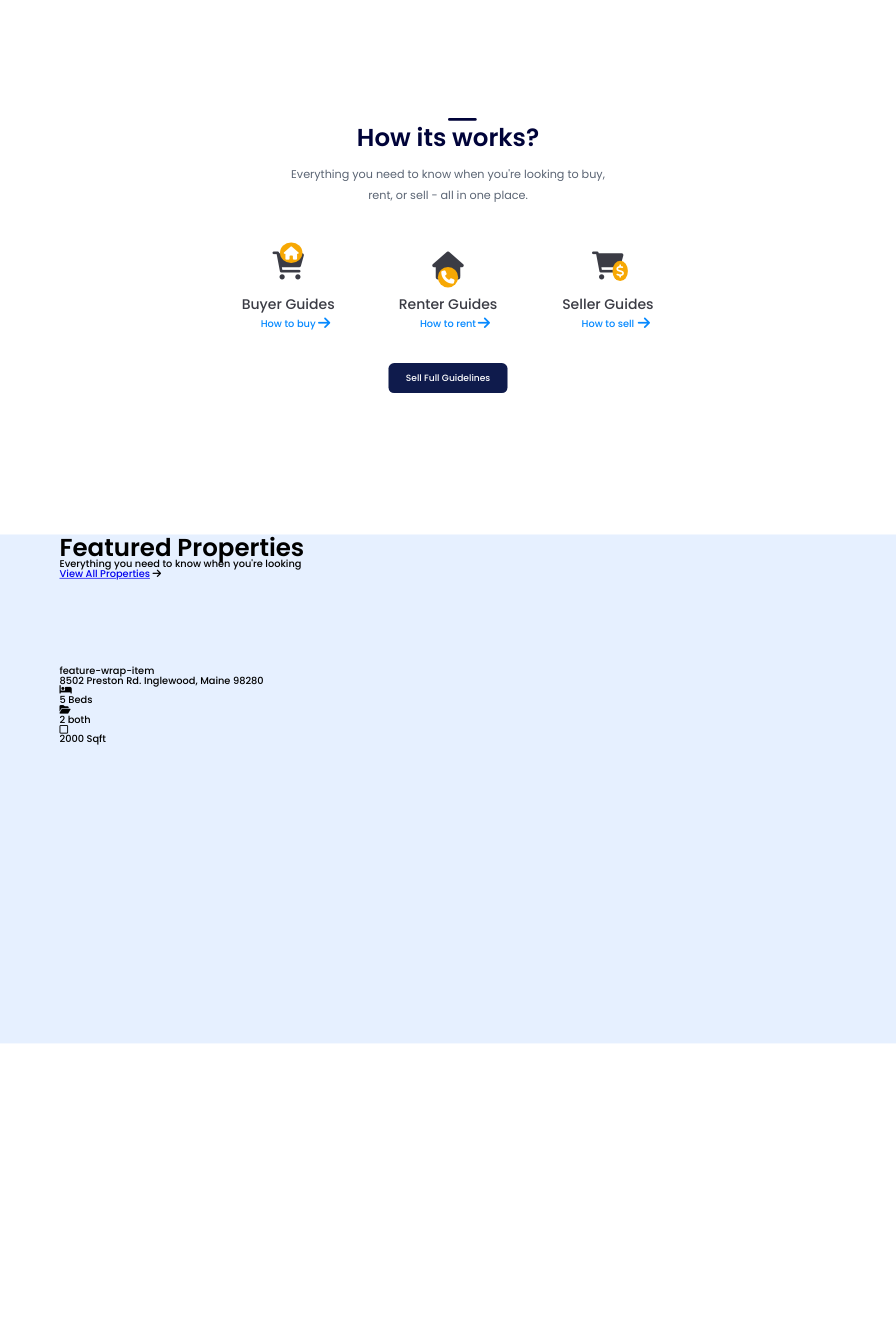
Repository: kauittt/f8-htmlcss-01
Page: index.html
The author's editor kept a copy of each file at every save. The page is drawn from the files as they stood at one save, then again after the next save.
The browser window is 1280 px wide. The pictures show the part of the page from y = 991 to 2911 px (the page is 2911 px tall), at 70% of full size.

Above is the page before, as saved 2023-01-01 10:32:17.

### index.html
<!DOCTYPE html>
<html lang="en">
    <head>
        <meta charset="UTF-8" />
        <meta http-equiv="X-UA-Compatible" content="IE=edge" />
        <meta name="viewport" content="width=device-width, initial-scale=1.0" />
        <title>F8-PROJECT-01</title>
        <link rel="preconnect" href="https://cdnjs.cloudflare.com" />
        <link
            rel="stylesheet"
            href="https://cdnjs.cloudflare.com/ajax/libs/font-awesome/6.2.1/css/all.min.css"
        />
        <link rel="stylesheet" href="./assets/css/reset.css" />
        <link rel="stylesheet" href="./assets/fonts/stylesheet.css" />
        <link rel="stylesheet" href="./assets/css/styles.css" />
    </head>
    <body>
        <header id="header" class="colored">
            <div class="content">
                <div class="header-nav">
                    <p class="logo">Bensnik.</p>
                    <ul class="header-nav-list">
                        <li class="header-nav-list__item">Home</li>
                        <li class="header-nav-list__item">Features</li>
                        <li class="header-nav-list__item">Services</li>
                        <li class="header-nav-list__item">Resources</li>
                        <li class="header-nav-list__item">Contact</li>
                    </ul>

                    <div class="header-nav-account">
                        <p class="header-nav-account__general">Sign in</p>
                        <p class="header-nav-account__general btn">Sign up</p>
                    </div>
                </div>

                <div class="header-about">
                    <p class="header-about__welcome">
                        Welcome to Bensnik Agency
                    </p>
                    <h1 class="header-about__heading">
                        Discover a place you'll love to live
                    </h1>
                    <p class="header-about__desc">
                        Get the best real estate deals first, before they hit
                        the mass market! hot foreclosure deals with one simple
                        search
                    </p>
                    <p class="header-about__link btn">More About Us</p>
                </div>
            </div>
        </header>

        <div id="client">
            <div class="content">
                <div class="client-infor">
                    <p class="logo">Bensnik.</p>
                    <div class="client-infor-wrap">
                        <i class="fa-solid fa-star client-infor-wrap__item"></i>
                        <i class="fa-solid fa-star client-infor-wrap__item"></i>
                        <i class="fa-solid fa-star client-infor-wrap__item"></i>
                        <i class="fa-solid fa-star client-infor-wrap__item"></i>
                        <i class="fa-solid fa-star client-infor-wrap__item"></i>
                    </div>
                </div>
                <div class="client-infor">
                    <p class="client-infor__text">
                        More than 45,000+ companies trust besnik
                    </p>
                    <p class="client-infor__text">
                        5 Star Ratings (2k+ Review)
                    </p>
                </div>

                <div class="client-logo">
                    <img src="" alt="" />
                </div>
            </div>
        </div>

        <div id="desc">
            <div class="small-content desc-wrap">
                <div class="desc-heading">
                    <h2 class="desc-heading__title">How its works?</h2>
                    <p class="desc-heading__text">
                        Everything you need to know when you're looking to buy,
                        rent, or sell - all in one place.
                    </p>
                </div>

                <div class="desc-guide">
                    <div class="desc-guide-item">
                        <i
                            class="desc-guide-item__icon fa-solid fa-cart-shopping"
                        >
                        </i>
                        <i
                            class="desc-guide-item__childIcon desc-guide-item__childIcon--topCenter fa-solid fa-house"
                        ></i>
                        <p class="desc-guide-item__name">Buyer Guides</p>
                        <p class="desc-guide-item__instruc">
                            How to buy
                            <i
                                class="desc-guide-item__instruc__icon fa-solid fa-arrow-right"
                            ></i>
                        </p>
                    </div>
                    <div class="desc-guide-item">
                        <i
                            class="desc-guide-item__icon fa-solid fa-house"
                        ></i>
                        <i class="desc-guide-item__childIcon desc-guide-item__childIcon--bottomCenter fa-solid fa-phone"></i>
                        </i>
                        <p class="desc-guide-item__name">Renter Guides</p>
                        <p class="desc-guide-item__instruc">
                            How to rent
                            <i
                                class="desc-guide-item__instruc__icon fa-solid fa-arrow-right"
                            ></i>
                        </p>
                    </div>
                    <div class="desc-guide-item">
                        <i
                            class="desc-guide-item__icon fa-solid fa-cart-shopping"
                        >
                        </i>
                        <i class="desc-guide-item__childIcon item__childIcon--bottomRight fa-solid fa-dollar-sign"></i>

                        <p class="desc-guide-item__name">Seller Guides</p>
                        <p class="desc-guide-item__instruc">
                            How to sell
                            <i
                                class="desc-guide-item__instruc__icon fa-solid fa-arrow-right"
                            ></i>
                        </p>
                    </div>
                </div>

                <p class="desc__link btn">Sell Full Guidelines</p>
            </div>
        </div>

        <div id="feature" class="colored">
            <div class="content">
                <h2 class="feature__heading">Featured Properties</h2>

                <div class="feature-more">
                    <p class="feature-more__desc">
                        Everything you need to know when you're looking
                    </p>

                    <a href="#!" class="feature-more__link">View All Properties</a>
                    <i
                        class="fa-solid fa-arrow-right"
                    ></i>
                </div>

                <div class="feature-wrap">
                    <div class="feature-wrap-item">
                        <img src="" alt="" class="feature-wrap-item__img">
                        <p class="feature-wrap-item__title">feature-wrap-item</p>
                        <p class="feature-wrap-item__text">8502 Preston Rd. Inglewood, Maine 98280</p>
                        <div class="feature-wrap-item-desc">
                            <i class="feature-wrap-item-desc__icon fa-solid fa-bed"></i>
                            <p class="feature-wrap-item-desc__text">5 Beds</p>

                            <i class="feature-wrap-item-desc__icon fa-solid fa-folder-open"></i>
                            <p class="feature-wrap-item-desc__text">2 both</p>

                            <i class="feature-wrap-item-desc__icon fa-regular fa-square"></i>
                            <p class="feature-wrap-item-desc__text">2000 Sqft</p>
                        </div>
                    </div>
                </div>
            </div>


        </div>

        <div id="news">
            <div class="content"></div>
        </div>

        <footer id="footer">
            <div class="content">
                <div class="nav"></div>
            </div>
        </footer>

        <script src="./assets/js/basic.js"></script>
    </body>
</html>

### assets/css/reset.css
html,
body,
div,
span,
applet,
object,
iframe,
h1,
h2,
h3,
h4,
h5,
h6,
p,
blockquote,
pre,
a,
abbr,
acronym,
address,
big,
cite,
code,
del,
dfn,
em,
img,
ins,
kbd,
q,
s,
samp,
small,
strike,
strong,
sub,
sup,
tt,
var,
b,
u,
i,
center,
dl,
dt,
dd,
ol,
ul,
li,
fieldset,
form,
label,
legend,
table,
caption,
tbody,
tfoot,
thead,
tr,
th,
td,
article,
aside,
canvas,
details,
embed,
figure,
figcaption,
footer,
header,
hgroup,
menu,
nav,
output,
ruby,
section,
summary,
time,
mark,
audio,
video {
    margin: 0;
    padding: 0;
    border: 0;
    font-size: 100%;
    font: inherit;
    vertical-align: baseline;
}
article,
aside,
details,
figcaption,
figure,
footer,
header,
hgroup,
menu,
nav,
section {
    display: block;
}
body {
    line-height: 1;
}
ol,
ul {
    list-style: none;
}
blockquote,
q {
    quotes: none;
}
blockquote:before,
blockquote:after,
q:before,
q:after {
    content: "";
    content: none;
}
table {
    border-collapse: collapse;
    border-spacing: 0;
}

### assets/fonts/stylesheet.css
@font-face {
    font-family: "Poppins";
    src: url("Poppins/Poppins-Bold.woff2") format("woff2"),
        url("Poppins/Poppins-Bold.woff") format("woff");
    font-weight: bold;
    font-style: normal;
    font-display: swap;
}

@font-face {
    font-family: "Poppins";
    src: url("Poppins/Poppins-Black.woff2") format("woff2"),
        url("Poppins/Poppins-Black.woff") format("woff");
    font-weight: 900;
    font-style: normal;
    font-display: swap;
}

@font-face {
    font-family: "Poppins";
    src: url("Poppins/Poppins-BlackItalic.woff2") format("woff2"),
        url("Poppins/Poppins-BlackItalic.woff") format("woff");
    font-weight: 900;
    font-style: italic;
    font-display: swap;
}

@font-face {
    font-family: "Poppins";
    src: url("Poppins/Poppins-BoldItalic.woff2") format("woff2"),
        url("Poppins/Poppins-BoldItalic.woff") format("woff");
    font-weight: bold;
    font-style: italic;
    font-display: swap;
}

@font-face {
    font-family: "Poppins";
    src: url("Poppins/Poppins-ExtraBold.woff2") format("woff2"),
        url("Poppins/Poppins-ExtraBold.woff") format("woff");
    font-weight: bold;
    font-style: normal;
    font-display: swap;
}

@font-face {
    font-family: "Poppins";
    src: url("Poppins/Poppins-ExtraBoldItalic.woff2") format("woff2"),
        url("Poppins/Poppins-ExtraBoldItalic.woff") format("woff");
    font-weight: bold;
    font-style: italic;
    font-display: swap;
}

@font-face {
    font-family: "Poppins";
    src: url("Poppins/Poppins-ExtraLight.woff2") format("woff2"),
        url("Poppins/Poppins-ExtraLight.woff") format("woff");
    font-weight: 200;
    font-style: normal;
    font-display: swap;
}

@font-face {
    font-family: "Poppins";
    src: url("Poppins/Poppins-ExtraLightItalic.woff2") format("woff2"),
        url("Poppins/Poppins-ExtraLightItalic.woff") format("woff");
    font-weight: 200;
    font-style: italic;
    font-display: swap;
}

@font-face {
    font-family: "Poppins";
    src: url("Poppins/Poppins-Italic.woff2") format("woff2"),
        url("Poppins/Poppins-Italic.woff") format("woff");
    font-weight: normal;
    font-style: italic;
    font-display: swap;
}

@font-face {
    font-family: "Poppins";
    src: url("Poppins/Poppins-Light.woff2") format("woff2"),
        url("Poppins/Poppins-Light.woff") format("woff");
    font-weight: 300;
    font-style: normal;
    font-display: swap;
}

@font-face {
    font-family: "Poppins";
    src: url("Poppins/Poppins-LightItalic.woff2") format("woff2"),
        url("Poppins/Poppins-LightItalic.woff") format("woff");
    font-weight: 300;
    font-style: italic;
    font-display: swap;
}

@font-face {
    font-family: "Poppins";
    src: url("Poppins/Poppins-Medium.woff2") format("woff2"),
        url("Poppins/Poppins-Medium.woff") format("woff");
    font-weight: 500;
    font-style: normal;
    font-display: swap;
}

@font-face {
    font-family: "Poppins";
    src: url("Poppins/Poppins-MediumItalic.woff2") format("woff2"),
        url("Poppins/Poppins-MediumItalic.woff") format("woff");
    font-weight: 500;
    font-style: italic;
    font-display: swap;
}

@font-face {
    font-family: "Poppins";
    src: url("Poppins/Poppins-Regular.woff2") format("woff2"),
        url("Poppins/Poppins-Regular.woff") format("woff");
    font-weight: normal;
    font-style: normal;
    font-display: swap;
}

@font-face {
    font-family: "Poppins";
    src: url("Poppins/Poppins-SemiBold.woff2") format("woff2"),
        url("Poppins/Poppins-SemiBold.woff") format("woff");
    font-weight: 600;
    font-style: normal;
    font-display: swap;
}

@font-face {
    font-family: "Poppins";
    src: url("Poppins/Poppins-SemiBoldItalic.woff2") format("woff2"),
        url("Poppins/Poppins-SemiBoldItalic.woff") format("woff");
    font-weight: 600;
    font-style: italic;
    font-display: swap;
}

@font-face {
    font-family: "Poppins";
    src: url("Poppins/Poppins-Thin.woff2") format("woff2"),
        url("Poppins/Poppins-Thin.woff") format("woff");
    font-weight: 100;
    font-style: normal;
    font-display: swap;
}

@font-face {
    font-family: "Poppins";
    src: url("Poppins/Poppins-ThinItalic.woff2") format("woff2"),
        url("Poppins/Poppins-ThinItalic.woff") format("woff");
    font-weight: 100;
    font-style: italic;
    font-display: swap;
}

### assets/css/styles.css
/*! COMMON */
* {
    box-sizing: border-box;
}

html {
    font-size: 62.5%;
}

body {
    font-family: "Poppins", sans-serif;
    font-size: 1.4rem;
    font-weight: 500;
    display: flex;
    flex-direction: column;
}

:root {
    --main-color: #e6f0ff;
}

.colored {
    background-color: var(--main-color);
}

.content {
    max-width: 111rem;
    margin: 0 auto;
}

.small-content {
    max-width: 68.5rem;
    margin: 0 auto;
}

.logo {
    color: #000228;
    font-weight: 600;
    font-size: 3rem;
}

/*! HEADER */
#header {
    height: 73.6rem;
}

.header-nav {
    display: flex;
    margin-top: 38px;
    height: 4rem;
    justify-content: space-between;
    align-items: center;
}

.header-nav-list {
    display: flex;
    margin-left: -206px;
}

.header-nav-list__item {
    color: #4f5361;
}

.header-nav-list__item + .header-nav-list__item {
    margin-left: 28px;
}

.header-nav-account {
    display: flex;
}

.header-nav-account__general {
    padding: 10px 20px;
    color: #0f1b4c;
}

/*! BUTTONN */
.btn {
    display: inline-block;
    border-radius: 8px;
    color: #fff;
    background-color: #0f1b4c;
    align-items: center;
}
/*!  */

.header-about {
    margin-top: 138px;
    max-width: 55.9rem;
}

.header-about__welcome {
    font-size: 1.8rem;
    color: #687690;
}

.header-about__heading {
    font-size: 6.4rem;
    font-weight: 700;
    line-height: 7.6rem;
    margin: 8px 0 30px 0;
    color: #000336;
}

.header-about__desc {
    font-size: 1.8rem;
    line-height: 3.2rem;
    font-weight: 400;
    color: #5a6473;
}

.header-about__link {
    font-size: 1.3rem;
    padding: 15px 38px;
    margin-top: 40px;
}

/*! LOGO */
#client {
    height: 31.2rem;
    margin-top: 122px;
}

.client-infor {
    display: flex;
    justify-content: space-between;
    align-items: center;
}

.client-infor + .client-infor {
    margin-top: 15px;
}

.client-infor-wrap__item {
    display: inline-block;
    width: 2.03rem;
    height: 1.885rem;
    color: #ffca56;
    line-height: 3rem;
}

.client-infor__text {
    font-size: 1.6rem;
    color: #7d8589;
}

.client-logo {
}

/*! DESCRIPTION */
#desc {
    height: 58.5rem;
}

.desc-wrap {
    text-align: center;
}

.desc-heading {
    max-width: 45rem;
    margin: 0 auto;
    display: flex;
    flex-direction: column;
}

.desc-heading__title {
    font-size: 3.5rem;
    font-weight: 600;
    color: #000339;
    position: relative;
}

.desc-heading__title::before {
    content: "";
    display: block;
    position: absolute;

    width: 4.1rem;
    height: 0.4rem;
    background-color: #000339;

    left: 50%;
    top: -1rem;
    transform: t ranslateX(-50%);
    border-radius: 8px;
}

.desc-heading__text {
    font-size: 1.6rem;
    font-weight: 400;
    line-height: 3rem;
    margin-top: 2rem;
    color: #5a6473;
}

.desc-guide {
    display: flex;
    margin-top: 65px;
    margin-bottom: 50px;
}

.desc-guide-item {
    width: calc(100% / 3);
    position: relative;
}

.desc-guide-item__icon {
    color: #3b3c45;
    font-size: 4rem;
}

.desc-guide-item__childIcon {
    position: absolute;
    font-size: 1.9rem;
}

.desc-guide-item__childIcon--topCenter {
    left: 45%;
    top: -1.2rem;
    padding: 0.5rem;
    color: white;
    background: #f7a804;
    border-radius: 50%;
}
.desc-guide-item__childIcon--bottomCenter {
    left: 50%;
    transform: translateX(-50%);
    bottom: 5.8rem;
    padding: 0.5rem;
    color: white;
    background: #f7a804;
    border-radius: 50%;
}
.item__childIcon--bottomRight {
    left: 53%;
    bottom: 67px;
    background: #f7a804;
    color: white;
    padding: 0.5rem;
    border-radius: 50%;
}

.desc-guide-item__name {
    font-size: 2rem;
    color: #3b3c45;
    margin-top: 26px;
    margin-bottom: 10px;
}

.desc-guide-item__instruc {
    font-size: 1.4rem;
    color: #0689ff;
    position: relative;
}

.desc-guide-item__instruc__icon {
    position: absolute;
    font-size: 2rem;
    top: 50%;
    transform: translateY(-50%);
    right: 5.4rem;
}

.desc__link {
    padding: 15px 25px;
    font-size: 1.3rem;
}

/*! FEATURE */
#feature {
    height: 72.7rem;
}

.feature-wrap {
    margin-top: 110px;
}

.feature__heading {
    font-size: 3.5rem;
    font-weight: 600;
}

.feature-more {
}

.feature-more__desc {
}

.feature-more__link {
}

.feature-wrap {
}

.feature-wrap-item {
}

.feature-wrap-item__img {
}

.feature-wrap-item__title {
}

.feature-wrap-item__text {
}

.feature-wrap-item-desc {
}

.feature-wrap-item-desc__icon {
}

.feature-wrap-item-desc__text {
}

/*! NEWS */
#new {
    height: 40.9rem;
}

/*! FOOTER */
#footer {
    height: 42.9rem;
}

Loaded but not shown: assets/js/basic.js (no copy from this time; the picture is the same without it)

After the next save:
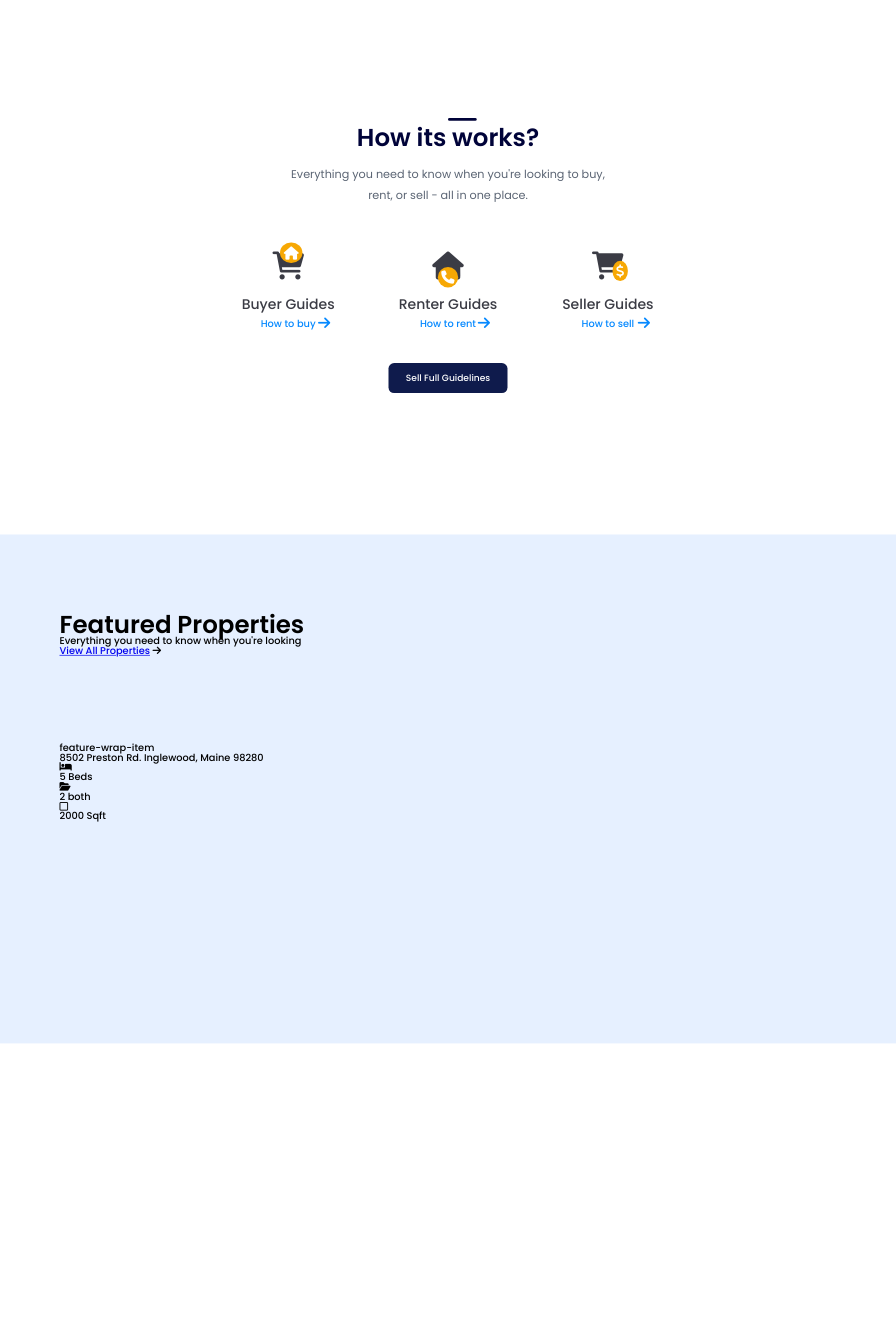
Saved 8 s later.
--- a/index.html
+++ b/index.html
@@ -140,7 +140,7 @@
         </div>
 
         <div id="feature" class="colored">
-            <div class="content">
+            <div class="content feature-wrap">
                 <h2 class="feature__heading">Featured Properties</h2>
 
                 <div class="feature-more">
